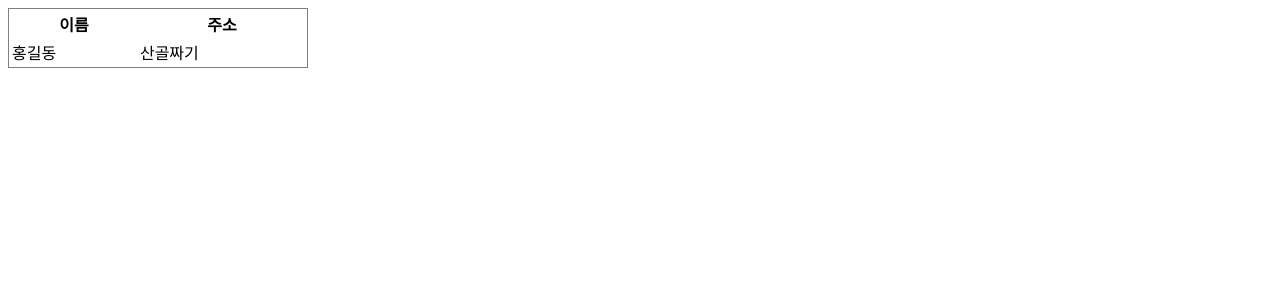
Repository: hangilyon/allJSPStudy
Page: javascript/ex15.html
The author's editor kept a copy of each file at every save. The page is drawn from the files as they stood at one save, then again after the next save.
The browser window is 1280 px wide. The pictures show the whole page.

Above is the page before, as saved 2021-10-15 10:58:25.

### javascript/ex15.html
<!DOCTYPE html>
<html>
<head>
<meta charset="UTF-8">
<title>ex15</title>
<style>
	#tagAdd {
		width: 300px;
		border: 1px solid gray;
	}
</style>
<script type="text/javascript">
	function init(){
		let DBdata = [
			{'name':'홍길동111','addr':'산골짜기111'},
			{'name':'홍길동222','addr':'산골짜기222'},
			{'name':'홍길동333','addr':'산골짜기333'},
			{'name':'홍길동444','addr':'산골짜기444'}
		]
		let table = document.getElementById('tagAdd')

		let tr = document.createElement('tr')
		let tdN = document.createElement('td')
		let tdA = document.createElement('td')

		tdN.innerHTML = "홍길동"
		tdA.innerHTML = "산골짜기"
		tr.appendChild(tdN)
		tr.appendChild(tdA)
		table.appendChild(tr)

	}
</script>
</head>
<body onload="init()">
	<table id="tagAdd">
		<tr><th>이름</th> <th>주소</th></tr>
	</table>
</body>
</html>

After the next save:
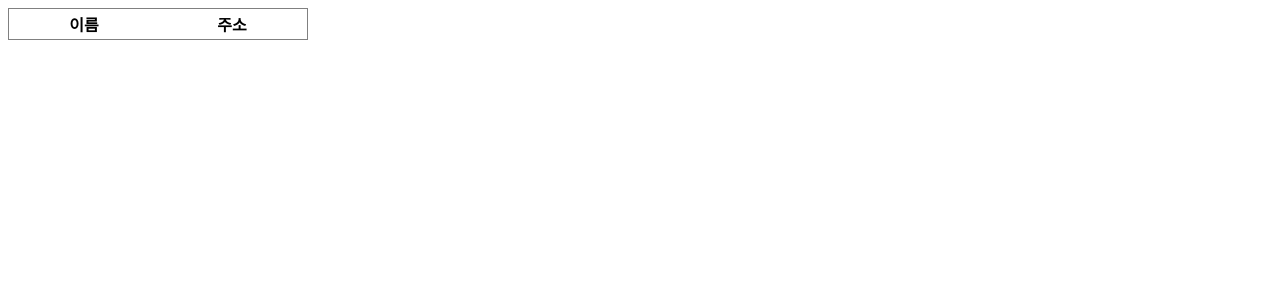
Console error: TypeError: DBdata.get is not a function
Saved 89 s later.
--- a/javascript/ex15.html
+++ b/javascript/ex15.html
@@ -23,10 +23,13 @@
 		let tdN = document.createElement('td')
 		let tdA = document.createElement('td')
 
+		console.log(DBdata.get('name'))
 		tdN.innerHTML = "홍길동"
 		tdA.innerHTML = "산골짜기"
+
 		tr.appendChild(tdN)
 		tr.appendChild(tdA)
+
 		table.appendChild(tr)
 
 	}

After the 3 saves that followed:
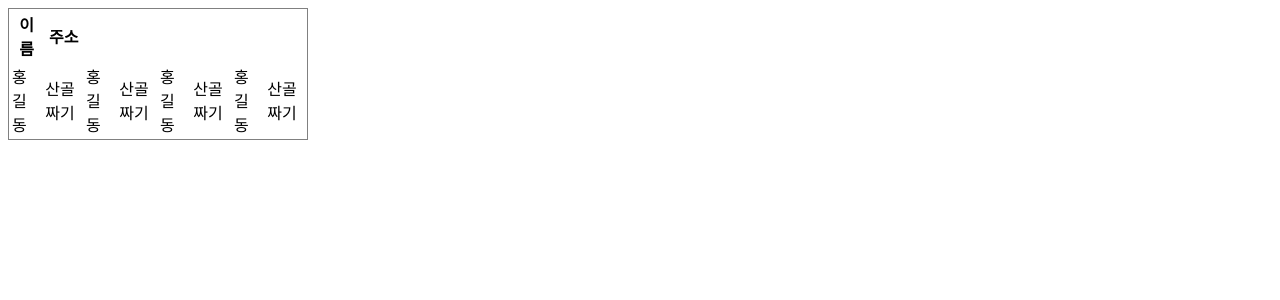
The error is gone.
The 3 saves are shown as one change because 2 left the picture as it was.
The last was saved 2 min 54 s later.
--- a/javascript/ex15.html
+++ b/javascript/ex15.html
@@ -20,17 +20,22 @@
 		let table = document.getElementById('tagAdd')
 
 		let tr = document.createElement('tr')
-		let tdN = document.createElement('td')
-		let tdA = document.createElement('td')
 
-		console.log(DBdata.get('name'))
-		tdN.innerHTML = "홍길동"
-		tdA.innerHTML = "산골짜기"
 
-		tr.appendChild(tdN)
-		tr.appendChild(tdA)
 
-		table.appendChild(tr)
+		console.log()
+		for(i=0;i<DBdata.length;i++){
+			var tdN = document.createElement('td')
+			var tdA = document.createElement('td')
+			tdN.innerHTML = "홍길동"
+			tdA.innerHTML = "산골짜기"
+
+			tr.appendChild(tdN)
+			tr.appendChild(tdA)
+
+			table.appendChild(tr)
+		}
+
 
 	}
 </script>
